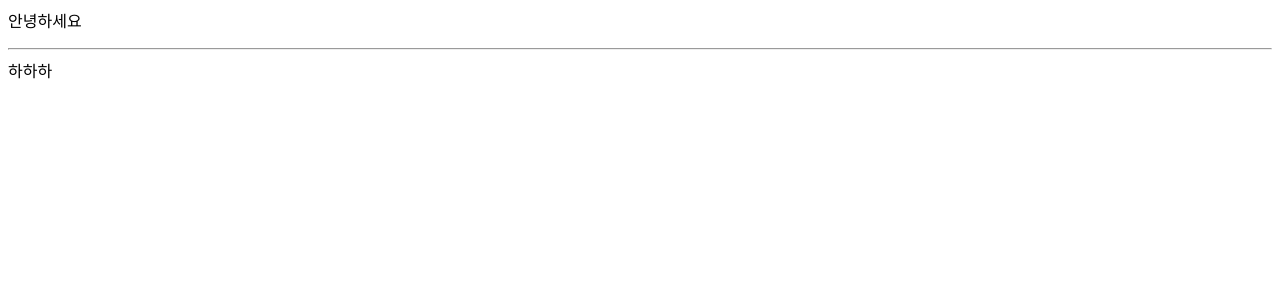
Repository: shbaksa/study
Page: http://localhost/mw_0620/javascript/this1.jsp
The author's editor kept a copy of each file at every save. The page is drawn from the files as they stood at one save, then again after the next save.
The browser window is 1280 px wide. The pictures show the whole page.
The page is served by Tomcat 9.

Above is the page before, as saved 2022-06-20 06:25:58.

### mw_0620/src/main/webapp/javascript/this1.jsp
<%@ page language="java" contentType="text/html; charset=UTF-8"
	pageEncoding="UTF-8"%>
<!DOCTYPE html>
<html>
<head>
<meta charset="UTF-8">
<title>Insert title here</title>

<script>
	function check() {

		// 태그를 클릭하여 함수를 호출하였을때 => body내의 요소를 변경하는 작업
		// 클릭하는 태그와 요소를 변경할 태그가 동일하다면 this를 이용한다.
		// 클릭요소와 작업요소가 틀리면 this X
		document.getElementById("aa").style.color="red";
	}
</script>
</head>
<body>
	<!-- this1.jsp  -->

	<!-- this는 자바스크립트를 호출할때 자기 자신의 객체(태그)를 전달하는 방법 -->

	<div onclick="check()">안녕하세요</div>
	<p>
	<hr>
	<span id="aa"> 하하하 </span>
</body>
</html>

After the next save:
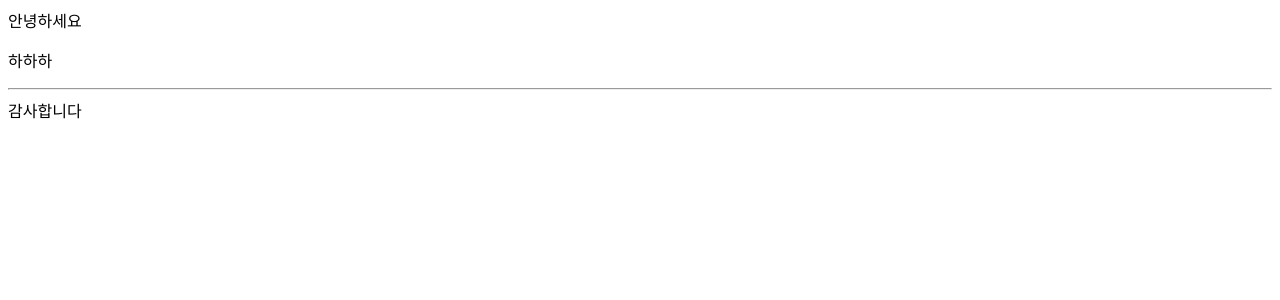
Saved 75 s later.
--- a/mw_0620/src/main/webapp/javascript/this1.jsp
+++ b/mw_0620/src/main/webapp/javascript/this1.jsp
@@ -13,6 +13,12 @@
 		// 클릭하는 태그와 요소를 변경할 태그가 동일하다면 this를 이용한다.
 		// 클릭요소와 작업요소가 틀리면 this X
 		document.getElementById("aa").style.color="red";
+
+	}
+
+	function check2() {
+
+		// 클릭요소와 작업요소가 같다면 this로 간단히 연결
 	}
 </script>
 </head>
@@ -23,7 +29,8 @@
 
 	<div onclick="check()">안녕하세요</div>
 	<p>
+	<span id="aa"> 하하하 </span>
 	<hr>
-	<span id="aa"> 하하하 </span>
+	<div onclick="check2()">감사합니다</div> <p>
 </body>
 </html>
